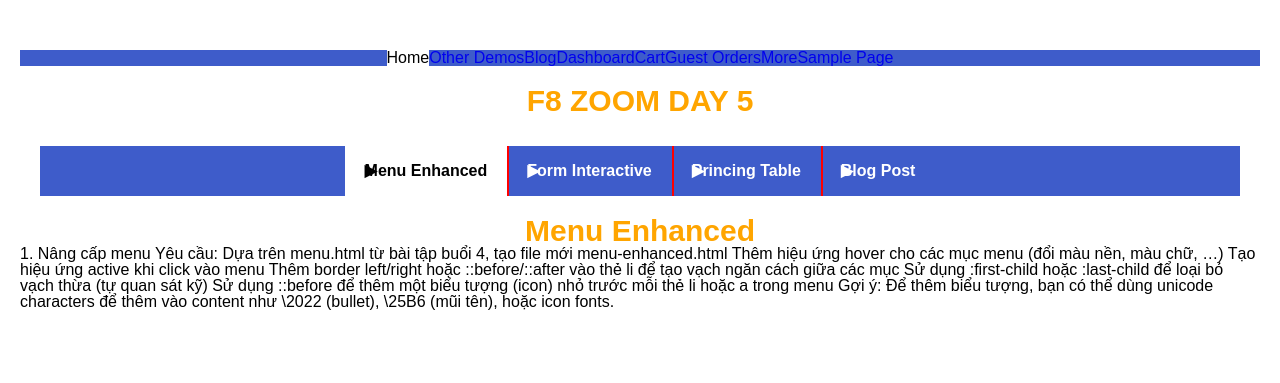
Repository: lannguyen1301/f8-zoom-day-5
Page: menu-enhanced.html
An editor plug-in stored every save of this project. The page is shown before and after the next save, followed by the edit.
The browser window is 1280 px wide. The pictures show the whole page.

Above is the page before, as saved 2025-04-21 20:36:39.

### menu-enhanced.html
<!DOCTYPE html>
<html lang="en">

<head>
    <meta charset="UTF-8">
    <meta name="viewport" content="width=device-width, initial-scale=1.0">
    <title>Menu Enhanced</title>
    <link rel="stylesheet" href="./assets/css/reset.css">
    <link rel="stylesheet" href="./assets/css/style.css">
</head>

<body>
    <div class="inner">
        <nav class="navbar">
            <ul class="navbar__list">
                <li class="navbar-item active">
                    <a href="!#" class="navbar-link">Home</a>
                </li>
                <li class="navbar-item">
                    <a href="!#" class="navbar-link">Other Demos</a>
                </li>
                <li class="navbar-item">
                    <a href="!#" class="navbar-link">Blog</a>
                </li>
                <li class="navbar-item">
                    <a href="!#" class="navbar-link">Dashboard</a>
                </li>
                <li class="navbar-item">
                    <a href="!#" class="navbar-link">Cart</a>
                </li>
                <li class="navbar-item">
                    <a href="!#" class="navbar-link">Guest Orders</a>
                </li>
                <li class="navbar-item">
                    <a href="!#" class="navbar-link">More</a>
                </li>
                <li class="navbar-item">
                    <a href="!#" class="navbar-link">Sample Page</a>
                </li>
            </ul>
        </nav>


        <div class="inner">
            <h1 class="title-desc">F8 ZOOM DAY 5</h1>
            <nav class="navbar">
                <ul class="navbar__list">
                    <li class="navbar__item active">
                        <a href="./menu-enhanced.html" class="navbar__link" target="_blank">Menu Enhanced</a>
                    </li>
                    <li class="navbar__item">
                        <a href="./form-interactive.html" class="navbar__link" target="_blank">Form Interactive</a>
                    </li>
                    <li class="navbar__item">
                        <a href="./pricing-table.html" class="navbar__link" target="_blank">Princing Table</a>
                    </li>
                    <li class="navbar__item">
                        <a href="./blog-post.html" class="navbar__link" target="_blank">Blog Post</a>
                    </li>
                </ul>
            </nav>
        </div>

        <h1 class="title-desc">Menu Enhanced</h1>
        <p>
            1. Nâng cấp menu
            Yêu cầu:

            Dựa trên menu.html từ bài tập buổi 4, tạo file mới menu-enhanced.html
            Thêm hiệu ứng hover cho các mục menu (đổi màu nền, màu chữ, …)
            Tạo hiệu ứng active khi click vào menu
            Thêm border left/right hoặc ::before/::after vào thẻ li để tạo vạch ngăn cách giữa các mục
            Sử dụng :first-child hoặc :last-child để loại bỏ vạch thừa (tự quan sát kỹ)
            Sử dụng ::before để thêm một biểu tượng (icon) nhỏ trước mỗi thẻ li hoặc a trong menu
            Gợi ý: Để thêm biểu tượng, bạn có thể dùng unicode characters để thêm vào content như \2022 (bullet), \25B6
            (mũi
            tên), hoặc icon fonts.
        </p>
    </div>
</body>

</html>

### assets/css/style.css
* {
    box-sizing: border-box;
}

html {
    font-size: 62.5%;
}

body {
    font-size: 1.6rem;
    font-family: "poppins", sans-serif;
}

/* common*/
a {
    text-decoration: none;
}

.inner {
    margin: 0 auto;
    padding: 20px;
}

.title-desc {
    font-size: 3rem;
    text-align: center;
    font-weight: 900;
    color: orange;
}

.navbar__list {
    display: flex;
    align-items: center;
    justify-content: center;
    margin-top: 30px;
    background-color: #3e5cca;
}

.navbar__item {
    position: relative;
    height: 50px;
}

.navbar__link {
    display: inline-block;
    color: #fff;
    line-height: 50px;
    padding: 0 20px;
    font-weight: 700;
    font-size: 1.6rem;
}

.active,
.navbar__list .navbar__item:hover > .navbar__link {
    background-color: #fff;
    color: #000;
}

.active > a {
    color: #000;
}

.navbar__item .navbar__link:active {
    color: rgb(226, 19, 99) !important;
    background-color: orange !important;
}

.navbar__list .navbar__item .navbar__link:before {
    content: "\25B6";
    position: absolute;
    display: inline-block;
    margin-right: 20px;
    padding-right: 20px;
    line-height: 50px;
    text-align: center;
    /* background-color: red; */
}

.navbar__list .navbar__item:not(:last-child)::after {
    content: "";
    position: absolute;
    display: inline-block;
    width: 2px;
    height: 50px;
    line-height: 50px;
    text-align: center;
    background-color: red;
}

Loaded but not shown: assets/css/reset.css (common file)

After the next save:
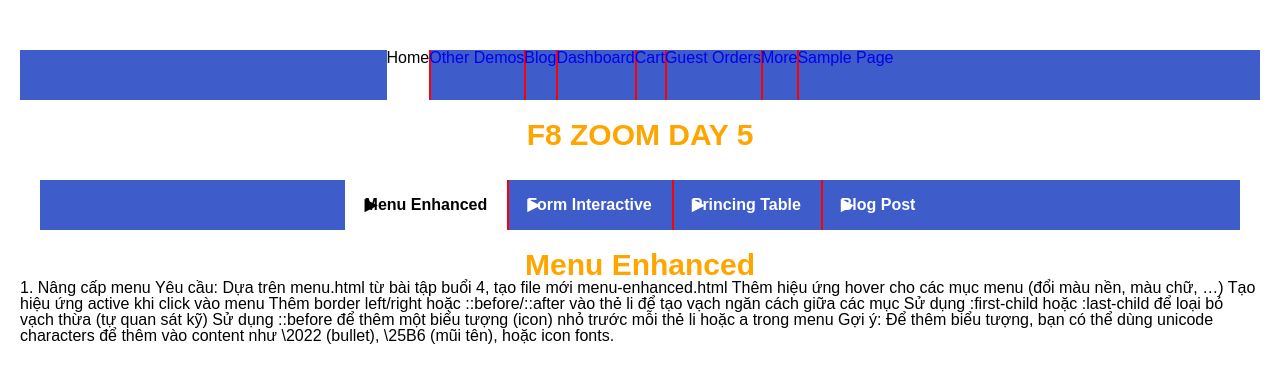
Saved 37 s later.
--- a/menu-enhanced.html
+++ b/menu-enhanced.html
@@ -13,28 +13,28 @@
     <div class="inner">
         <nav class="navbar">
             <ul class="navbar__list">
-                <li class="navbar-item active">
+                <li class="navbar__item active">
                     <a href="!#" class="navbar-link">Home</a>
                 </li>
-                <li class="navbar-item">
+                <li class="navbar__item">
                     <a href="!#" class="navbar-link">Other Demos</a>
                 </li>
-                <li class="navbar-item">
+                <li class="navbar__item">
                     <a href="!#" class="navbar-link">Blog</a>
                 </li>
-                <li class="navbar-item">
+                <li class="navbar__item">
                     <a href="!#" class="navbar-link">Dashboard</a>
                 </li>
-                <li class="navbar-item">
+                <li class="navbar__item">
                     <a href="!#" class="navbar-link">Cart</a>
                 </li>
-                <li class="navbar-item">
+                <li class="navbar__item">
                     <a href="!#" class="navbar-link">Guest Orders</a>
                 </li>
-                <li class="navbar-item">
+                <li class="navbar__item">
                     <a href="!#" class="navbar-link">More</a>
                 </li>
-                <li class="navbar-item">
+                <li class="navbar__item">
                     <a href="!#" class="navbar-link">Sample Page</a>
                 </li>
             </ul>
